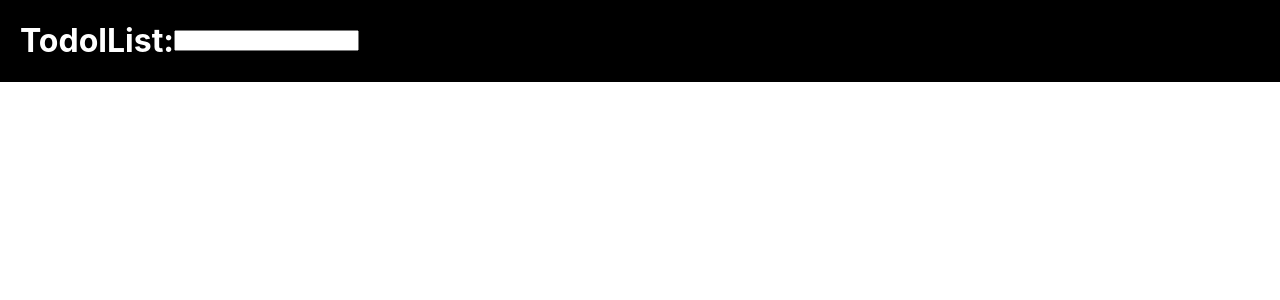
Repository: zhenzhen-gong/react-learning
Page: /content/01
These files come from the project's save history. The page is drawn as it stood at one moment and after the next save; the edit follows.
The browser window is 1280 px wide. The pictures show the whole page.
The project was rebuilt for these pictures with package versions that can differ from the ones it lists, and the page was loaded fresh each time.

Above is the page before, as saved 2021-04-16 17:23:11.

After the next save:
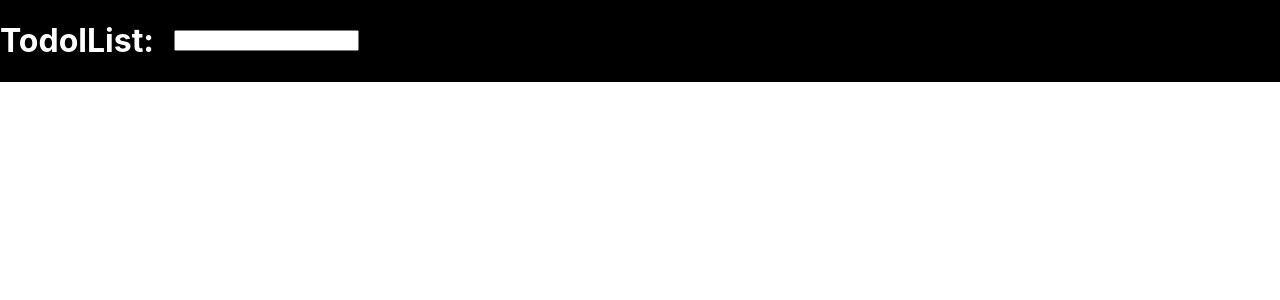
Saved 7 s later.
--- a/src/component/todolList/todolList.css
+++ b/src/component/todolList/todolList.css
@@ -5,5 +5,5 @@
 }
 .title h1 {
     color: #fff;
-    margin-left: 20px;
+    margin-right: 20px;
 }
